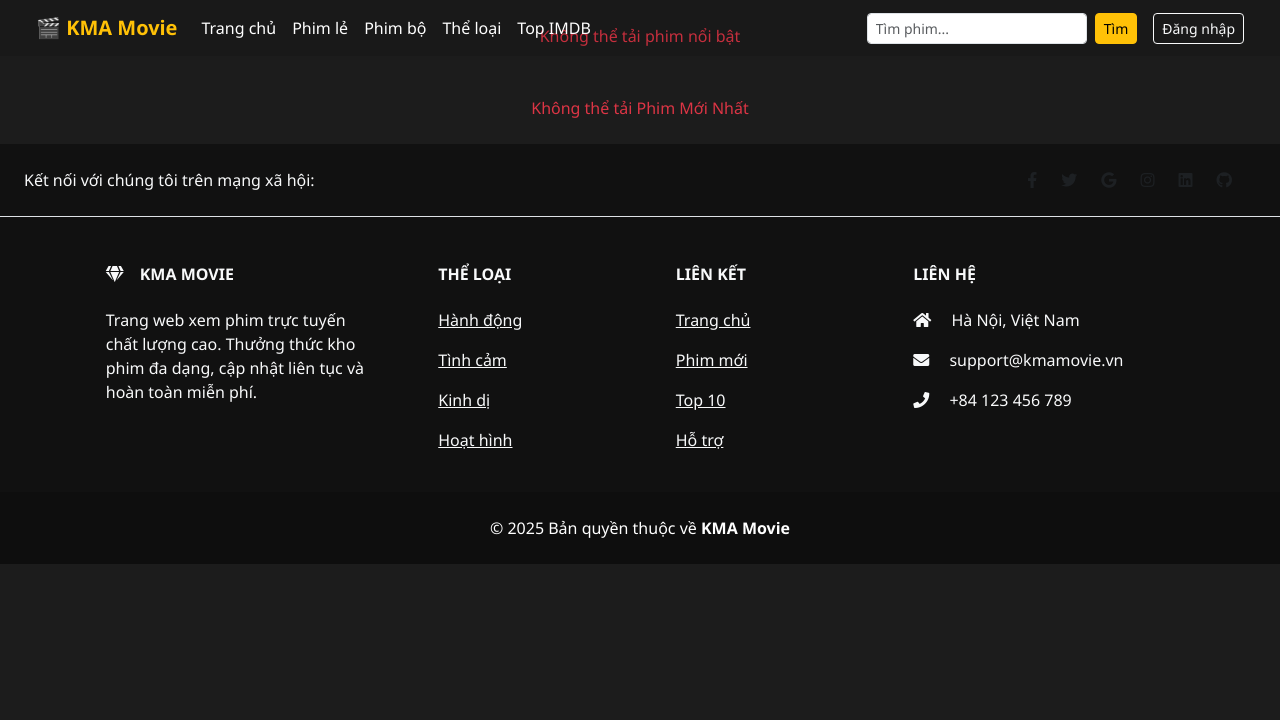
Repository: takagi2004/KMA_Nhom27_TTCS_WebXemFilm_FonEnd
Page: /
An editor plug-in stored every save of this project. The page is shown before and after the next save, followed by the edit.
The browser window is 1280 px wide. The pictures show the whole page.
The page's requests for data from a server got no answer. The project was rebuilt for these pictures with package versions that can differ from the ones it lists, and the page was loaded fresh each time. No one was signed in, and anything a server would have sent is missing. Also part of the build but not shown: src/layout/danhsachphim/Props/PhimCard.tsx.

Above is the page before, as saved 2025-08-07 00:30:49.

### public/index.html
<!DOCTYPE html>
<html lang="en">
  <head>
    <meta charset="utf-8" />
    <link rel="icon" href="%PUBLIC_URL%/favicon.ico" />
    <meta name="viewport" content="width=device-width, initial-scale=1" />
    <meta name="theme-color" content="#000000" />
    <meta
      name="description"
      content="Web site created using create-react-app"
    />
    <link rel="apple-touch-icon" href="%PUBLIC_URL%/logo192.png" />
    <!--
      manifest.json provides metadata used when your web app is installed on a
      user's mobile device or desktop. See https://developers.google.com/web/fundamentals/web-app-manifest/
    -->
    <link rel="manifest" href="%PUBLIC_URL%/manifest.json" />
    <!--
      Notice the use of %PUBLIC_URL% in the tags above.
      It will be replaced with the URL of the `public` folder during the build.
      Only files inside the `public` folder can be referenced from the HTML.

      Unlike "/favicon.ico" or "favicon.ico", "%PUBLIC_URL%/favicon.ico" will
      work correctly both with client-side routing and a non-root public URL.
      Learn how to configure a non-root public URL by running `npm run build`.
    -->
    <link href="https://cdn.jsdelivr.net/npm/bootstrap@5.3.7/dist/css/bootstrap.min.css" rel="stylesheet" integrity="sha384-LN+7fdVzj6u52u30Kp6M/trliBMCMKTyK833zpbD+pXdCLuTusPj697FH4R/5mcr" crossorigin="anonymous">
    <link rel="stylesheet" href="https://cdnjs.cloudflare.com/ajax/libs/font-awesome/5.15.3/css/all.min.css">
    <title>Xem Phim Hay,Mới Nhất Tại Phimmoi.com</title>
  </head>
  <body>
    <noscript>You need to enable JavaScript to run this app.</noscript>
    <div id="root"></div>
    <!--
      This HTML file is a template.
      If you open it directly in the browser, you will see an empty page.

      You can add webfonts, meta tags, or analytics to this file.
      The build step will place the bundled scripts into the <body> tag.

      To begin the development, run `npm start` or `yarn start`.
      To create a production bundle, use `npm run build` or `yarn build`.
    -->
    <script src="https://cdn.jsdelivr.net/npm/bootstrap@5.3.7/dist/js/bootstrap.bundle.min.js" integrity="sha384-ndDqU0Gzau9qJ1lfW4pNLlhNTkCfHzAVBReH9diLvGRem5+R9g2FzA8ZGN954O5Q" crossorigin="anonymous"></script>
  </body>
</html>

### src/App.tsx
import React from 'react';
import './App.css';
import Hompage from './layout/Hompage';

function App() {
  return (
    <div className="App">
       <Hompage />
    </div>
  );
}

export default App;

### src/App.css
/* ==================== GLOBAL ==================== */
body, html {
  margin: 0;
  padding: 0;
  background-color: #1c1c1c;
  font-family: 'Segoe UI', Tahoma, Geneva, Verdana, sans-serif;
}

.App {
  text-align: center;
  color: white;
}

/* ==================== NAVBAR ==================== */
.navbar.bg-transparent {
  background-color: rgba(0, 0, 0, 0.1) !important;
  transition: background-color 0.3s ease;
}
.navbar.bg-dark {
  background-color: rgba(0, 0, 0, 0.9) !important;
  transition: background-color 0.3s ease;
}
.navbar .nav-link {
  color: #fff !important;
  transition: color 0.2s;
}
.navbar .nav-link:hover {
  color: #ffc107 !important;
}

/* ==================== CAROUSEL ==================== */
.carousel-container {
  position: relative;
}
.carousel-item {
  position: relative;
}
.carousel-img {
  width: 100%;
  height: 80vh;
  object-fit: cover;
  position: relative;
  z-index: 0;
}

/* Overlay desktop */
.carousel-overlay-bottom-left {
  position: absolute;
  bottom: 160px;
  left: 60px;
  z-index: 2;
  max-width: 700px;
  color: white;
  text-shadow: 0 4px 12px rgba(0, 0, 0, 0.9);
  background: radial-gradient(
    circle at left bottom,
    rgba(0,0,0,0.7) 0%,
    rgba(0,0,0,0.3) 40%,
    rgba(0,0,0,0) 80%
  );
  padding: 40px 60px 40px 0;
}

.carousel-overlay-bottom-left h2 {
  font-size: 3rem;
  font-weight: 900;
}
.carousel-overlay-bottom-left p {
  font-size: 1.1rem;
  margin-bottom: 0.5rem;
}

/* Gradient mờ desktop */
.carousel-item::after {
  content: "";
  position: absolute;
  bottom: 0;
  left: 0;
  width: 100%;
  height: 35%;
  background: linear-gradient(to top, rgba(0,0,0,0.85), transparent);
  z-index: 1;
  pointer-events: none;
}

/* ==================== DANH SÁCH PHIM ==================== */
.danh-sach-phim-wrapper {
  margin-top: -120px;  /* PC trồi nhiều */
  position: relative;
  z-index: 2;
}

.danh-sach-phim-container {
  background: transparent !important;
  padding-top: 2rem;
  padding-bottom: 2rem;
}

.danh-sach-phim-container h3 {
  color: #fff;
  font-weight: bold;
}

/* ==================== PHIM CARD ==================== */
.phim-card {
  position: relative;
  width: 100%;
  color: white;
  text-align: left;
  transition: transform 0.3s ease, box-shadow 0.3s ease;
  background: transparent;
  min-height: 250px; /* Đảm bảo không bị cắt phần mô tả */
}

.phim-card-img-wrapper {
  width: 100%;
  aspect-ratio: 2 / 3.3;
  overflow: hidden;
  border-radius: 8px;
  position: relative;
}

.phim-card-img-wrapper img {
  width: 100%;
  height: 100%;
  object-fit: cover;
  display: block;
  transition: transform 0.3s ease;
}

.phim-card:hover .phim-card-img-wrapper img {
  transform: scale(1.05);
}

/* Badge số tập */
.phim-card-episode-badge {
  position: absolute;
  bottom: 10px;
  left: 10px;
  background: linear-gradient(to right, #ff8c00, #ffcc00);
  color: #fff;
  font-size: 0.8rem;
  font-weight: 700;
  padding: 4px 8px;
  border-radius: 4px;
  box-shadow: 0 2px 6px rgba(0,0,0,0.4);
}

.phim-card-info {
  margin-top: 8px;
  min-height: 70px; /* Đảm bảo luôn có chỗ cho tên + mô tả */
}

.phim-card-info h6 {
  font-size: 1rem;
  font-weight: 700;
  margin-bottom: 3px;
  white-space: normal;
  overflow: hidden;
  display: -webkit-box;
  -webkit-line-clamp: 2;
  -webkit-box-orient: vertical;
  line-height: 1.2;
}

.phim-card-info p {
  font-size: 0.75rem;
  margin: 0;
  color: #aaa;
  white-space: normal;
  overflow: hidden;
  display: -webkit-box;
  -webkit-line-clamp: 3;
  -webkit-box-orient: vertical;
  line-height: 1.2;
}

/* Hover */
.phim-card:hover {
  transform: scale(1.07);
  z-index: 10;
  box-shadow: 0 4px 12px rgba(0,0,0,0.6);
}

/* ==================== RESPONSIVE ==================== */

/* Tablet */
@media (max-width: 992px) {
  .carousel-img {
    height: 60vh;
  }
  .carousel-overlay-bottom-left {
    bottom: 80px;
    left: 30px;
    max-width: 500px;
    padding: 20px 30px 20px 0;
  }
  .carousel-overlay-bottom-left h2 {
    font-size: 2rem;
  }
  .danh-sach-phim-wrapper {
    margin-top: -40px; /* Tablet trồi ít hơn */
  }
}

/* Mobile */
@media (max-width: 576px) {
  .carousel-img {
    height: 40vh;
  }

  /* Ẩn overlay desktop */
  .carousel-overlay-bottom-left {
    display: none;
  }

  /* Ẩn gradient */
  .carousel-item::after {
    display: none;
  }

  /* Card phim nhỏ hơn */
  .phim-card-img-wrapper {
    aspect-ratio: 2 / 3;
  }
  .phim-card-info h6 {
    font-size: 0.8rem;
  }
  .phim-card-info p {
    font-size: 0.65rem;
  }

  /* Mobile: không trồi lên để tránh che chữ */
  .danh-sach-phim-wrapper {
    margin-top: 0;
  }
}

### src/layout/Hompage.tsx
import DanhSachPhim from "./danhsachphim/DanhSachPhim";
import Footer from "./header/foode-narbar-carosel/Footer";
import Header from "./header/Header";
import React from "react";
function Hompage() {
  return (
    <div className="App">
       <Header />
       <Footer />
    </div>
  );
}

export default Hompage;

### src/layout/header/foode-narbar-carosel/Footer.tsx
import React from "react";

/**
 * Footer cho trang web xem phim
 * - Responsive đầy đủ (mobile, tablet, desktop)
 * - Có phần mạng xã hội + liên hệ + link nhanh
 * - Thiết kế nền tối phù hợp trang xem phim
 */
const Footer: React.FC = () => {
  return (
    <footer className="text-center text-lg-start text-muted" style={{ backgroundColor: "#111" }}>
      {/* ====================== MẠNG XÃ HỘI ====================== */}
      <section className="d-flex justify-content-center justify-content-lg-between p-4 border-bottom">
        {/* Bên trái - chỉ hiện trên màn hình lớn */}
        <div className="me-5 d-none d-lg-block text-light">
          <span>Kết nối với chúng tôi trên mạng xã hội:</span>
        </div>

        {/* Bên phải - icon mạng xã hội */}
        <div>
          <a href="#" className="me-4 text-reset text-light"><i className="fab fa-facebook-f"></i></a>
          <a href="#" className="me-4 text-reset text-light"><i className="fab fa-twitter"></i></a>
          <a href="#" className="me-4 text-reset text-light"><i className="fab fa-google"></i></a>
          <a href="#" className="me-4 text-reset text-light"><i className="fab fa-instagram"></i></a>
          <a href="#" className="me-4 text-reset text-light"><i className="fab fa-linkedin"></i></a>
          <a href="#" className="me-4 text-reset text-light"><i className="fab fa-github"></i></a>
        </div>
      </section>

      {/* ====================== LIÊN KẾT NHANH ====================== */}
      <section>
        <div className="container text-center text-md-start mt-5 text-light">
          <div className="row mt-3">
            {/* Cột 1 - Giới thiệu */}
            <div className="col-md-3 col-lg-4 col-xl-3 mx-auto mb-4">
              <h6 className="text-uppercase fw-bold mb-4">
                <i className="fas fa-gem me-3"></i>KMA Movie
              </h6>
              <p>
                Trang web xem phim trực tuyến chất lượng cao.
                Thưởng thức kho phim đa dạng, cập nhật liên tục và hoàn toàn miễn phí.
              </p>
            </div>

            {/* Cột 2 - Thể loại */}
            <div className="col-md-2 col-lg-2 col-xl-2 mx-auto mb-4">
              <h6 className="text-uppercase fw-bold mb-4">Thể loại</h6>
              <p><a href="#" className="text-reset">Hành động</a></p>
              <p><a href="#" className="text-reset">Tình cảm</a></p>
              <p><a href="#" className="text-reset">Kinh dị</a></p>
              <p><a href="#" className="text-reset">Hoạt hình</a></p>
            </div>

            {/* Cột 3 - Liên kết hữu ích */}
            <div className="col-md-3 col-lg-2 col-xl-2 mx-auto mb-4">
              <h6 className="text-uppercase fw-bold mb-4">Liên kết</h6>
              <p><a href="#" className="text-reset">Trang chủ</a></p>
              <p><a href="#" className="text-reset">Phim mới</a></p>
              <p><a href="#" className="text-reset">Top 10</a></p>
              <p><a href="#" className="text-reset">Hỗ trợ</a></p>
            </div>

            {/* Cột 4 - Liên hệ */}
            <div className="col-md-4 col-lg-3 col-xl-3 mx-auto mb-md-0 mb-4">
              <h6 className="text-uppercase fw-bold mb-4">Liên hệ</h6>
              <p><i className="fas fa-home me-3"></i> Hà Nội, Việt Nam</p>
              <p><i className="fas fa-envelope me-3"></i> support@kmamovie.vn</p>
              <p><i className="fas fa-phone me-3"></i> +84 123 456 789</p>
            </div>
          </div>
        </div>
      </section>

      {/* ====================== COPYRIGHT ====================== */}
      <div
        className="text-center p-4"
        style={{ backgroundColor: "rgba(0, 0, 0, 0.2)", color: "#fff" }}
      >
        © 2025 Bản quyền thuộc về <strong>KMA Movie</strong>
      </div>
    </footer>
  );
};

export default Footer;

### src/layout/header/Header.tsx
import React from "react";
import Navbar from "./foode-narbar-carosel/Narbar";
import Carousel from "./foode-narbar-carosel/Carousel";
import DanhSachPhim from "../danhsachphim/DanhSachPhim";
import { PhimAPI } from "../../api/PhimAPI";

const Header: React.FC = () => {
  return (
    <header>
      <Navbar />
      <Carousel />

      {/* Danh sách phim trồi lên nhẹ */}
      <div className="danh-sach-phim-wrapper d-flex flex-column gap-5">
        <DanhSachPhim
          title="Phim Nổi Bật"
          fetchApi={() => PhimAPI.getPhimNoiBat(30)}
        />
        <DanhSachPhim
          title="Phim Mới Nhất"
          fetchApi={() => PhimAPI.getPhimMoiNhat(20)}
        />
      </div>
    </header>
  );
};

export default Header;

### src/layout/header/foode-narbar-carosel/Narbar.tsx
import React, { useEffect, useState } from "react";
import "./../../../App.css";

const Navbar: React.FC = () => {
  const [scrolled, setScrolled] = useState(false);

  // Theo dõi sự kiện scroll để đổi trạng thái navbar
  useEffect(() => {
    const handleScroll = () => {
      if (window.scrollY > 50) {
        setScrolled(true);
      } else {
        setScrolled(false);
      }
    };

    window.addEventListener("scroll", handleScroll);
    return () => {
      window.removeEventListener("scroll", handleScroll);
    };
  }, []);

  return (
    <nav
      className={`navbar navbar-expand-lg fixed-top px-4 ${
        scrolled ? "navbar-dark bg-dark shadow" : "navbar-dark bg-transparent"
      }`}
    >
      <div className="container-fluid">
        {/* Logo */}
        <a className="navbar-brand fw-bold text-warning" href="/">
          🎬 KMA Movie
        </a>

        {/* Menu icon mobile */}
        <button
          className="navbar-toggler"
          type="button"
          data-bs-toggle="collapse"
          data-bs-target="#navbarMovie"
          aria-controls="navbarMovie"
          aria-expanded="false"
          aria-label="Toggle navigation"
        >
          <span className="navbar-toggler-icon"></span>
        </button>

        {/* Menu */}
        <div className="collapse navbar-collapse" id="navbarMovie">
          <ul className="navbar-nav me-auto mb-2 mb-lg-0">
            <li className="nav-item"><a className="nav-link active" href="/">Trang chủ</a></li>
            <li className="nav-item"><a className="nav-link" href="/phim-le">Phim lẻ</a></li>
            <li className="nav-item"><a className="nav-link" href="/phim-bo">Phim bộ</a></li>
            <li className="nav-item"><a className="nav-link" href="/the-loai">Thể loại</a></li>
            <li className="nav-item"><a className="nav-link" href="/top-imdb">Top IMDB</a></li>
          </ul>

          {/* Search */}
          <form className="d-flex me-3">
            <input
              className="form-control form-control-sm me-2"
              type="search"
              placeholder="Tìm phim..."
            />
            <button className="btn btn-sm btn-warning" type="submit">
              Tìm
            </button>
          </form>

          {/* Icon user */}
          <a className="btn btn-outline-light btn-sm">Đăng nhập</a>
        </div>
      </div>
    </nav>
  );
};

export default Navbar;

### src/layout/header/foode-narbar-carosel/Carousel.tsx
import React, { useEffect, useState } from "react";
import "../../../App.css";
import { PhimAPI } from "../../../api/PhimAPI";
import PhimModel from "../../../model/PhimModel";

const Carousel: React.FC = () => {
  const [phimNoiBat, setPhimNoiBat] = useState<PhimModel[]>([]);
  const [loading, setLoading] = useState(true);
  const [error, setError] = useState<string | null>(null);

  useEffect(() => {
    PhimAPI.getPhimNoiBat(5)
      .then((data) => {
        setPhimNoiBat(data);
        setLoading(false);
      })
      .catch((err) => {
        setError("Không thể tải phim nổi bật");
        console.error(err);
        setLoading(false);
      });
  }, []);

  if (loading) return <div className="text-light p-4">Đang tải phim nổi bật...</div>;
  if (error) return <div className="text-danger p-4">{error}</div>;

  return (
    <div id="movieCarousel" className="carousel slide carousel-fade carousel-container" data-bs-ride="carousel">
      <div className="carousel-inner">
        {phimNoiBat.map((phim, index) => {
          const thoiLuong = phim.tapPhim?.length
            ? `${phim.tapPhim[0].thoiLuong} phút`
            : "Chưa có";

          return (
            <div key={phim.idPhim} className={`carousel-item ${index === 0 ? "active" : ""}`}>
              <img
                src={phim.anhBia || "https://via.placeholder.com/1920x1080?text=No+Image"}
                className="d-block w-100 carousel-img"
                alt={phim.tenPhim}
              />

              {/* Overlay cho desktop */}
              <div className="carousel-overlay-bottom-left d-none d-sm-block">
                <h2 className="fw-bold display-5">{phim.tenPhim}</h2>

                <div className="mb-2">
                  <span className="badge bg-success me-2">Top Thịnh Hành</span>
                  {phim.goiDangKy?.map((goi, i) => (
                    <span key={i} className="badge bg-info me-2">{goi}</span>
                  ))}
                </div>

                <p className="mb-1">
                  <span className="text-warning fw-bold me-2">
                    ★ {phim.diemTrungBinh?.toFixed(1) || 0}
                  </span>
                  {phim.namPhatHanh} | {phim.soLuong || 0} tập | {thoiLuong}
                </p>

                <p className="mb-2 text-light small">
                  {phim.theLoai?.join(" • ")} {phim.quocGia && `• ${phim.quocGia}`}
                </p>

                <p className="text-light" style={{ maxWidth: "600px" }}>
                  {phim.moTa?.length && phim.moTa.length > 200
                    ? phim.moTa.substring(0, 200) + "..."
                    : phim.moTa}
                </p>

                <div className="mt-3">
                  <button className="btn btn-success me-2">▶ Xem ngay</button>
                  <button className="btn btn-outline-light">+ Thêm vào danh sách</button>
                </div>
              </div>

              {/* Info mobile */}
              <div className="carousel-mobile-info d-sm-none">
                <h2>{phim.tenPhim}</h2>
                <span className="badge bg-success">Top Thịnh Hành</span>
                {phim.goiDangKy?.map((goi, i) => (
                  <span key={i} className="badge bg-info">{goi}</span>
                ))}

                <span className="rating">★ {phim.diemTrungBinh?.toFixed(1) || 0}</span>
                <div className="meta">
                  {phim.namPhatHanh} | {phim.soLuong || 0} tập | {thoiLuong}
                </div>

                <div className="mt-2">
                  <button className="btn btn-success me-2">▶ Xem ngay</button>
                  <button className="btn btn-outline-light">+ Thêm vào danh sách</button>
                </div>
              </div>
            </div>
          );
        })}
      </div>

      <button className="carousel-control-prev" type="button" data-bs-target="#movieCarousel" data-bs-slide="prev">
        <span className="carousel-control-prev-icon" aria-hidden="true"></span>
      </button>
      <button className="carousel-control-next" type="button" data-bs-target="#movieCarousel" data-bs-slide="next">
        <span className="carousel-control-next-icon" aria-hidden="true"></span>
      </button>
    </div>
  );
};

export default Carousel;

### src/layout/danhsachphim/DanhSachPhim.tsx
import React, { useEffect, useState } from "react";
import Slider from "react-slick";
import PhimModel from "../../model/PhimModel";
import PhimCard from "./Props/PhimCard";
import "slick-carousel/slick/slick.css";
import "slick-carousel/slick/slick-theme.css";

interface DanhSachPhimProps {
  title: string;
  fetchApi: () => Promise<PhimModel[]>;
  slidesToShow?: number;
}

const DanhSachPhim: React.FC<DanhSachPhimProps> = ({ title, fetchApi, slidesToShow = 8 }) => {
  const [phimList, setPhimList] = useState<PhimModel[]>([]);
  const [loading, setLoading] = useState(true);
  const [error, setError] = useState<string | null>(null);

  useEffect(() => {
    fetchApi()
      .then((data) => {
        setPhimList(data);
        setLoading(false);
      })
      .catch(() => {
        setError(`Không thể tải ${title}`);
        setLoading(false);
      });
  }, [fetchApi, title]);

  if (loading) return <div className="text-light p-4">Đang tải {title}...</div>;
  if (error) return <div className="text-danger p-4">{error}</div>;

  const settings = {
    dots: false,
    infinite: false,
    speed: 500,
    slidesToShow,
    slidesToScroll: slidesToShow,
    arrows: true,
    responsive: [
      {
        breakpoint: 1200,
        settings: { slidesToShow: Math.min(4, slidesToShow), slidesToScroll: 4 },
      },
      {
        breakpoint: 768,
        settings: { slidesToShow: 2, slidesToScroll: 2 },
      },
    ],
  };

  return (
    <div className="danh-sach-phim-wrapper">
      <div className="danh-sach-phim-container">
        <h3 className="mb-4 text-light fw-bold ps-4 text-start">{title}</h3>
        <div className="px-4">
          <Slider {...settings}>
            {phimList.map((phim) => (
              <div key={phim.idPhim} className="px-2">
                <PhimCard phim={phim} />
              </div>
            ))}
          </Slider>
        </div>
      </div>
    </div>
  );
};

export default DanhSachPhim;

### src/api/PhimAPI.ts
import axios from "axios";
import PhimModel from "../model/PhimModel";

const API_BASE_URL = "http://localhost:8080/api/phim";

export const PhimAPI = {
    // 1. Lấy tất cả phim
    getAllPhim: async (): Promise<PhimModel[]> => {
        const response = await axios.get<PhimModel[]>(`${API_BASE_URL}/all`);
        return response.data;
    },

    // 2. Lấy top phim thịnh hành
    getTopThinhHanh: async (limit: number = 10): Promise<PhimModel[]> => {
        const response = await axios.get<PhimModel[]>(`${API_BASE_URL}/top?limit=${limit}`);
        return response.data;
    },

    // 3. Lấy phim nổi bật (cho carousel)
    getPhimNoiBat: async (limit: number = 5): Promise<PhimModel[]> => {
        const response = await axios.get<PhimModel[]>(`${API_BASE_URL}/noi-bat?limit=${limit}`);
        return response.data;
    },

    // 4. Lấy chi tiết 1 phim theo ID
    getPhimById: async (id: number): Promise<PhimModel> => {
        const response = await axios.get<PhimModel>(`${API_BASE_URL}/${id}`);
        return response.data;
    },

    // 5. (Optional) Tìm kiếm phim theo từ khóa
    searchPhim: async (keyword: string): Promise<PhimModel[]> => {
        const response = await axios.get<PhimModel[]>(`${API_BASE_URL}/search?keyword=${encodeURIComponent(keyword)}`);
        return response.data;
    },
    // 6. Lấy phim mới nhất
    getPhimMoiNhat: async (limit: number = 10): Promise<PhimModel[]> => {
        const response = await axios.get<PhimModel[]>(`${API_BASE_URL}/moi-nhat?limit=${limit}`);
        return response.data;
    }
};

Loaded but not shown: src/index.tsx (common file); src/index.css (common file); src/reportWebVitals.ts (common file)

After the next save:
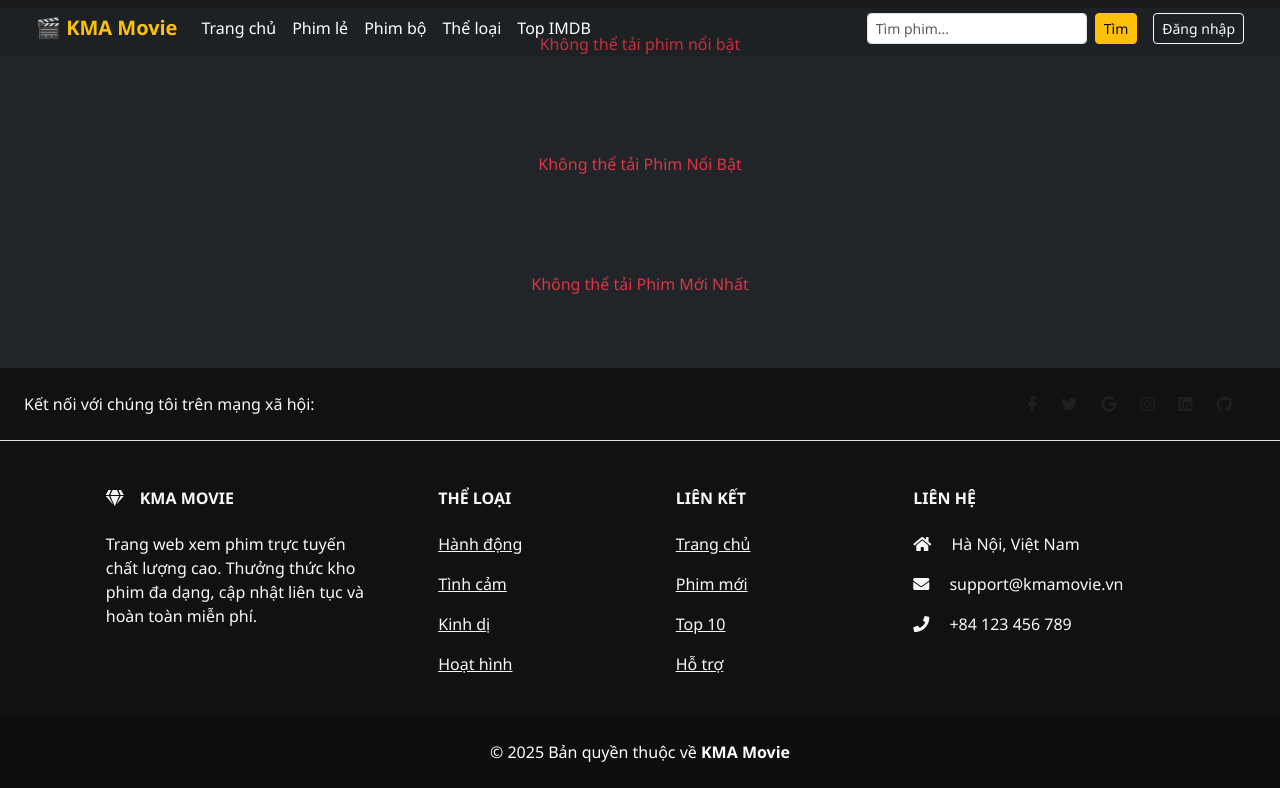
Saved 66 s later.
--- a/src/layout/header/Header.tsx
+++ b/src/layout/header/Header.tsx
@@ -6,12 +6,17 @@
 
 const Header: React.FC = () => {
   return (
-    <header>
+    <header className="bg-dark">
+      {/* Thanh navbar */}
       <Navbar />
-      <Carousel />
 
-      {/* Danh sách phim trồi lên nhẹ */}
-      <div className="danh-sach-phim-wrapper d-flex flex-column gap-5">
+      {/* Carousel có khoảng cách dưới */}
+      <div className="mt-2 mb-5">
+        <Carousel />
+      </div>
+
+      {/* Các danh sách phim */}
+      <div className="container-fluid d-flex flex-column gap-5 pb-5">
         <DanhSachPhim
           title="Phim Nổi Bật"
           fetchApi={() => PhimAPI.getPhimNoiBat(30)}
